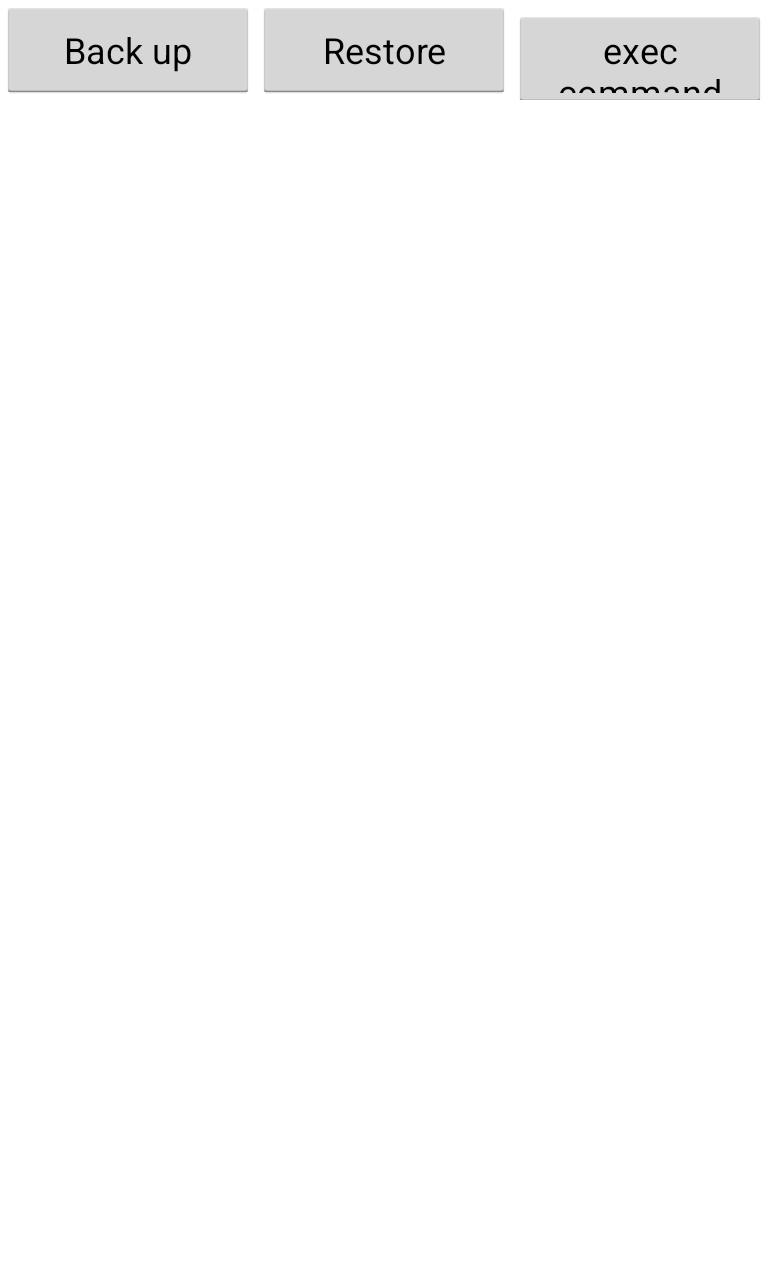
Repository: zzttt/LVM_BackupSol
Layout: TimeTraveler/res/layout/activity_main.xml
An editor plug-in stored every save of this project. The layout is shown before and after the next save, followed by the edit.
It is drawn on a 768 x 1280 px phone screen (xhdpi) without system bars, with theme AppTheme; the app's code is not run. Lists and similar views that code fills are empty.

Above is the layout before, as saved 2014-07-01 23:29:59.

After the next save:
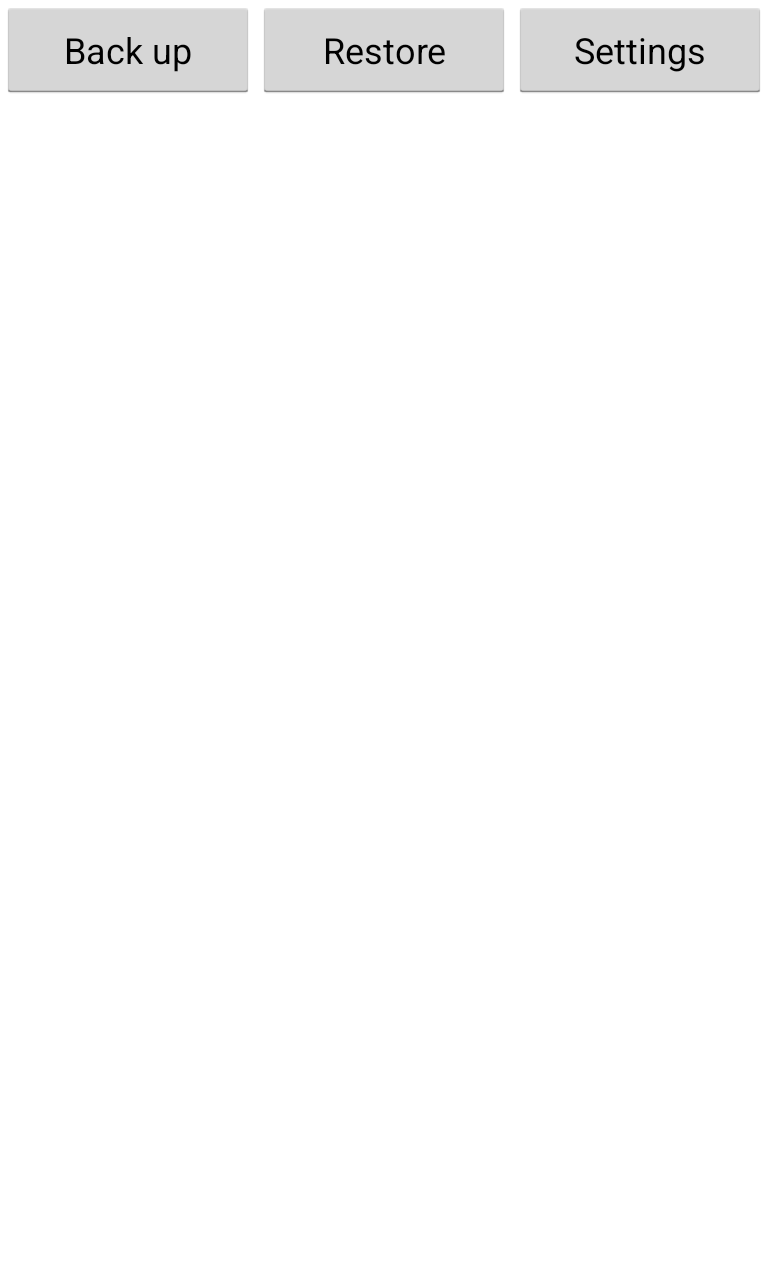
Saved 6 s later.
--- a/TimeTraveler/res/layout/activity_main.xml
+++ b/TimeTraveler/res/layout/activity_main.xml
@@ -30,7 +30,7 @@
             android:layout_width="0dip"
             android:layout_weight="1"
             android:layout_height="50dip"
-            android:text="exec command" />
+            android:text="Settings" />
     </LinearLayout>
 
 	<android.support.v4.view.ViewPager
